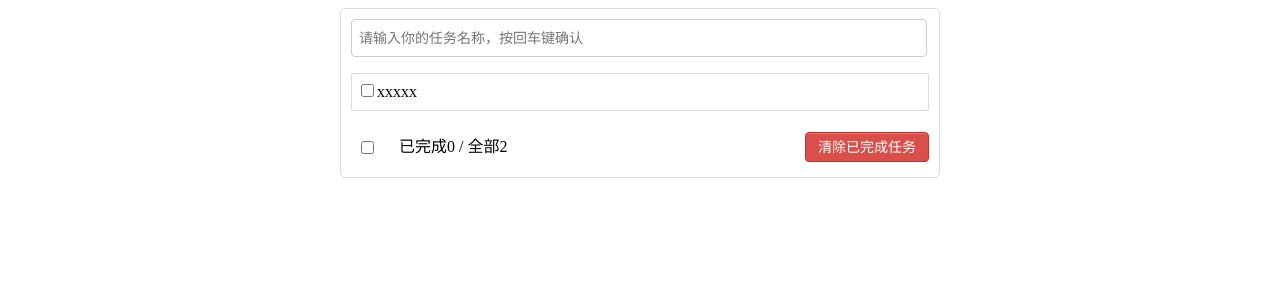
Repository: 319226862/wyy
Page: / (app in vue_test/)
An editor plug-in stored every save of this project. The page is shown before and after the next save, followed by the edit.
The browser window is 1280 px wide. The pictures show the whole page.
The project was rebuilt for these pictures with package versions that can differ from the ones it lists, and the page was loaded fresh each time. Also part of the build but not shown: vue_test/vue.config.js.

Above is the page before, as saved 2023-06-19 16:51:47.

### vue_test/public/index.html
<!DOCTYPE html>
<html lang="">
  <head>
    <meta charset="utf-8">
    <!-- 针对IE游览器的一个特殊配置，让IE游览器以最高级别的渲染页面 -->
    <meta http-equiv="X-UA-Compatible" content="IE=edge">
    <meta name="viewport" content="width=device-width,initial-scale=1.0">
    <link rel="icon" href="<%= BASE_URL %>favicon.ico">
    <title><%= htmlWebpackPlugin.options.title %></title>
  </head>
  <body>
    <noscript>
      <strong>We're sorry but <%= htmlWebpackPlugin.options.title %> doesn't work properly without JavaScript enabled. Please enable it to continue.</strong>
    </noscript>
    <div id="app"></div>
    <!-- built files will be auto injected -->
  </body>
</html>

### vue_test/src/main.js
// 引入vue
import Vue from 'vue'
// 引入App组件，他所有组件的父组件
import App from './App.vue'

// 关闭vue生产提示
Vue.config.productionTip = false

// 创建vue实例对象--vm
new Vue({
  render: h => h(App),
}).$mount('#app')

### vue_test/src/App.vue
<template>
  <div id="root">
    <div class="todo-container">
      <div class="todo-wrap">
        <MyHeader />
        <MyList />
        <MyFooter />
      </div>
    </div>
  </div>
</template>

<script>
import MyHeader from './components/MyHeader.vue'
import MyFooter from './components/MyFooter.vue'
import MyList from './components/MyList.vue'
export default {
  name:'App',
  data(){
    return{
      msg:'Welcome Vue'
    }
  },
  components:{
    MyHeader,
    MyList,
    MyFooter
  },
}
</script>
<style>
/*base*/
body {
  background: #fff;
}

.btn {
  display: inline-block;
  padding: 4px 12px;
  margin-bottom: 0;
  font-size: 14px;
  line-height: 20px;
  text-align: center;
  vertical-align: middle;
  cursor: pointer;
  box-shadow: inset 0 1px 0 rgba(255, 255, 255, 0.2), 0 1px 2px rgba(0, 0, 0, 0.05);
  border-radius: 4px;
}

.btn-danger {
  color: #fff;
  background-color: #da4f49;
  border: 1px solid #bd362f;
}

.btn-danger:hover {
  color: #fff;
  background-color: #bd362f;
}

.btn:focus {
  outline: none;
}

.todo-container {
  width: 600px;
  margin: 0 auto;
}
.todo-container .todo-wrap {
  padding: 10px;
  border: 1px solid #ddd;
  border-radius: 5px;
}




/*footer*/
.todo-footer {
  height: 40px;
  line-height: 40px;
  padding-left: 6px;
  margin-top: 5px;
}

.todo-footer label {
  display: inline-block;
  margin-right: 20px;
  cursor: pointer;
}

.todo-footer label input {
  position: relative;
  top: -1px;
  vertical-align: middle;
  margin-right: 5px;
}

.todo-footer button {
  float: right;
  margin-top: 5px;
}

</style>

### vue_test/src/components/MyHeader.vue
<template>
  <div class="todo-header">
    <input type="text" placeholder="请输入你的任务名称，按回车键确认"/>
  </div>
</template>

<script>
export default {
    name:'MyHeader'
}
</script>

<style scoped>
/*header*/
.todo-header input {
  width: 560px;
  height: 28px;
  font-size: 14px;
  border: 1px solid #ccc;
  border-radius: 4px;
  padding: 4px 7px;
}

.todo-header input:focus {
  outline: none;
  border-color: rgba(82, 168, 236, 0.8);
  box-shadow: inset 0 1px 1px rgba(0, 0, 0, 0.075), 0 0 8px rgba(82, 168, 236, 0.6);
}

</style>

### vue_test/src/components/MyFooter.vue
<template>
  <div class="todo-footer">
    <label>
      <input type="checkbox"/>
    </label>
    <span>
      <span>已完成0</span> / 全部2
    </span>
    <button class="btn btn-danger">清除已完成任务</button>
  </div>
</template>

<script>
export default {
    name:'MyFooter'
}
</script>

<style>

</style>

### vue_test/src/components/MyList.vue
<template>
  <ul class="todo-main">
    <MyItem />
  </ul>
</template>

<script>
import MyItem from './MyItem.vue'
export default {
    name:'MyList',
    components:{
      MyItem
    }
}
</script>

<style scoped>
/*main*/
.todo-main {
  margin-left: 0px;
  border: 1px solid #ddd;
  border-radius: 2px;
  padding: 0px;
}

.todo-empty {
  height: 40px;
  line-height: 40px;
  border: 1px solid #ddd;
  border-radius: 2px;
  padding-left: 5px;
  margin-top: 10px;
}
</style>

### vue_test/src/components/MyItem.vue
<template>
  <li>
    <label>
      <input type="checkbox"/>
      <span>xxxxx</span>
    </label>
    <button class="btn btn-danger" style="display:none">删除</button>
  </li>
</template>

<script>
export default {
    name:'MyItem'
}
</script>

<style scoped>

/*item*/
li {
  list-style: none;
  height: 36px;
  line-height: 36px;
  padding: 0 5px;
  border-bottom: 1px solid #ddd;
}

li label {
  float: left;
  cursor: pointer;
}

li label li input {
  vertical-align: middle;
  margin-right: 6px;
  position: relative;
  top: -1px;
}

li button {
  float: right;
  display: none;
  margin-top: 3px;
}

li:before {
  content: initial;
}

li:last-child {
  border-bottom: none;
}
</style>

After the next save:
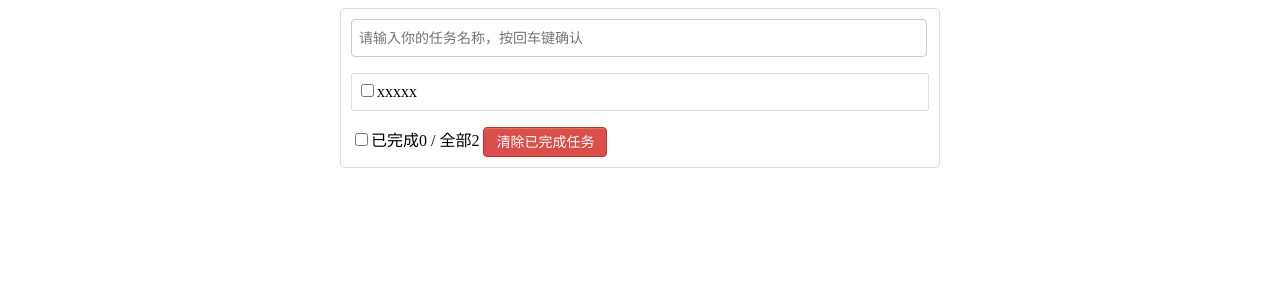
Saved 6 s later.
--- a/vue_test/src/App.vue
+++ b/vue_test/src/App.vue
@@ -75,30 +75,6 @@ body {
 
 
 
-/*footer*/
-.todo-footer {
-  height: 40px;
-  line-height: 40px;
-  padding-left: 6px;
-  margin-top: 5px;
-}
 
-.todo-footer label {
-  display: inline-block;
-  margin-right: 20px;
-  cursor: pointer;
-}
-
-.todo-footer label input {
-  position: relative;
-  top: -1px;
-  vertical-align: middle;
-  margin-right: 5px;
-}
-
-.todo-footer button {
-  float: right;
-  margin-top: 5px;
-}
 
 </style>

After the save that followed:
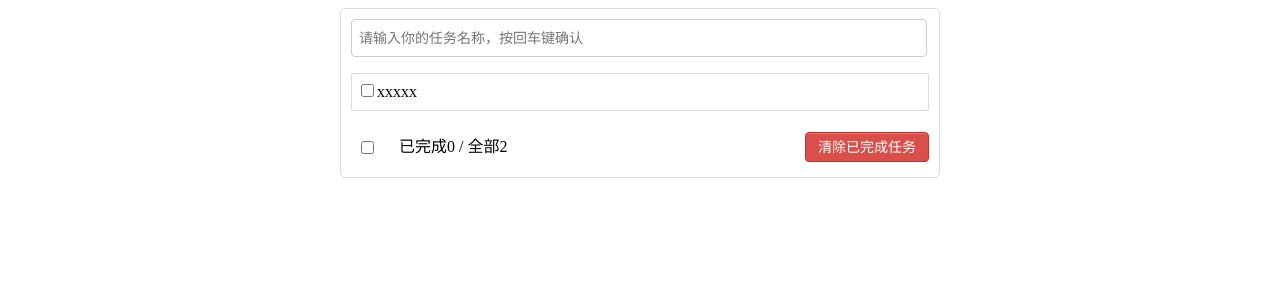
Saved 7 s later.
--- a/vue_test/src/components/MyFooter.vue
+++ b/vue_test/src/components/MyFooter.vue
@@ -16,6 +16,30 @@ export default {
 }
 </script>
 
-<style>
+<style scoped>
+/*footer*/
+.todo-footer {
+  height: 40px;
+  line-height: 40px;
+  padding-left: 6px;
+  margin-top: 5px;
+}
 
+.todo-footer label {
+  display: inline-block;
+  margin-right: 20px;
+  cursor: pointer;
+}
+
+.todo-footer label input {
+  position: relative;
+  top: -1px;
+  vertical-align: middle;
+  margin-right: 5px;
+}
+
+.todo-footer button {
+  float: right;
+  margin-top: 5px;
+}
 </style>
